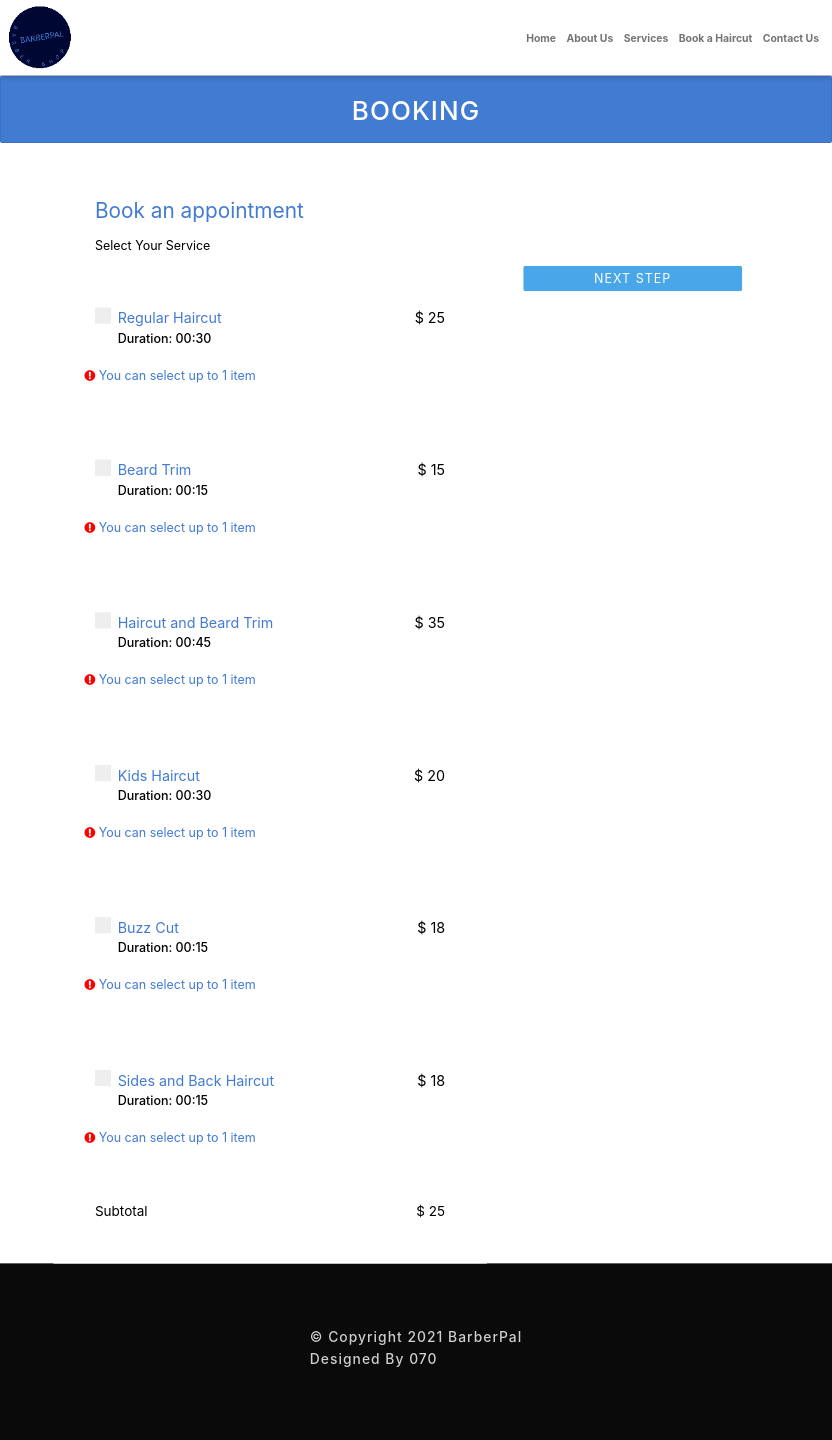
Repository: ofovweewere/haircutPal
Page: /services
The author's editor kept a copy of each file at every save. The page is drawn from the files as they stood at one save, then again after the next save.
The browser window is 1280 px wide. The pictures show the whole page, at 65% of full size.
The project was rebuilt for these pictures with package versions that can differ from the ones it lists, and the page was loaded fresh each time. Also part of the build but not shown: src/tutorial/0-Practice/bookCut.js, src/tutorial/0-Practice/about.js, src/tutorial/0-Practice/servicesAndProducts.js, src/tutorial/0-Practice/contact.js, src/tutorial/0-Practice/landing.js, src/tutorial/0-Practice/checkboxOptionTwo.js, src/tutorial/0-Practice/error.js.

Above is the page before, as saved 2022-06-25 14:01:31.

After the next save:
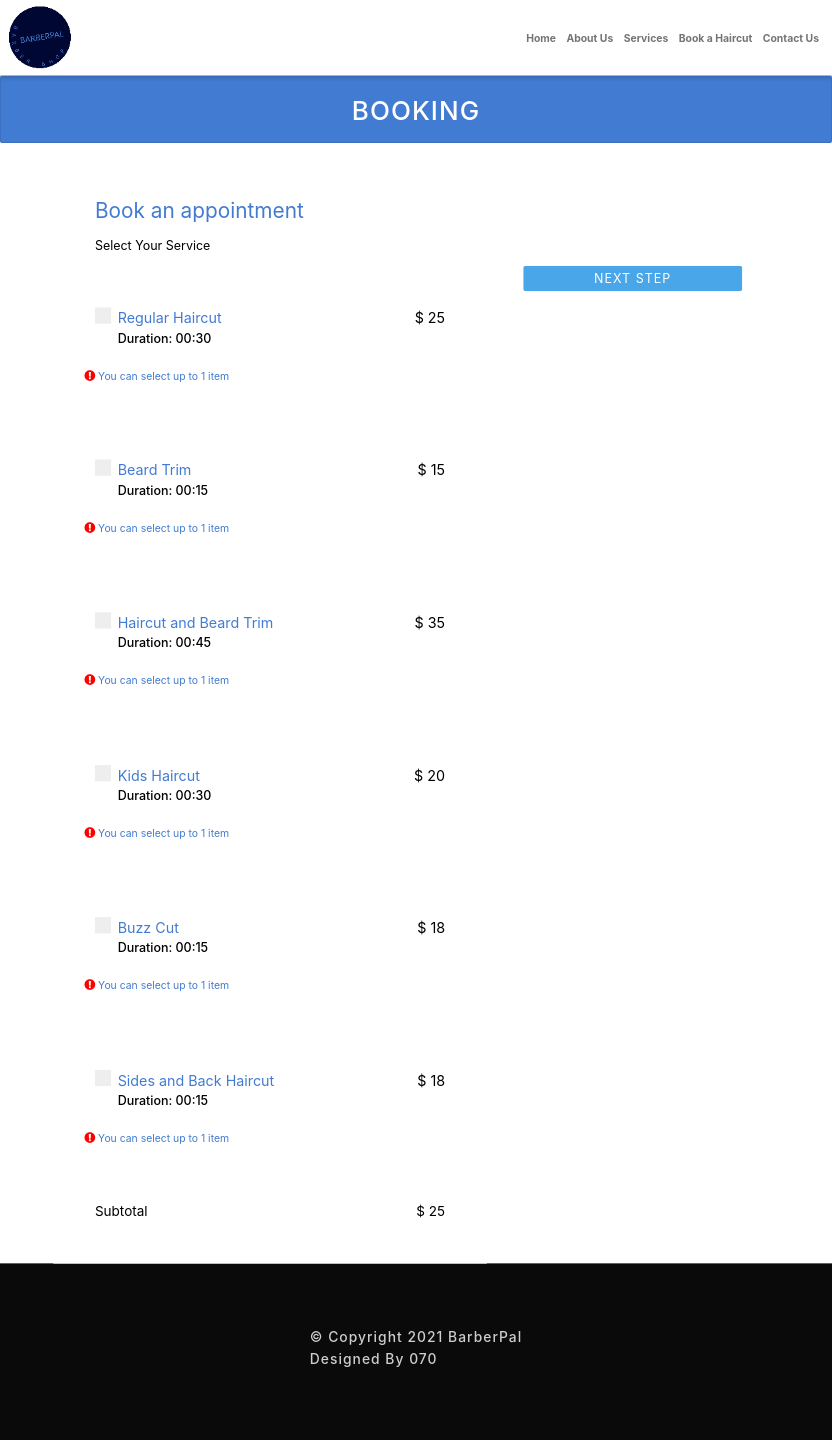
Saved 29 s later.
--- a/src/index.css
+++ b/src/index.css
@@ -253,7 +253,7 @@ p {
 .secondItem
 {
   color:#427bd2;
-  font-size:1.2rem;
+  font-size:1rem;
   font-weight:normal;
 }
 
